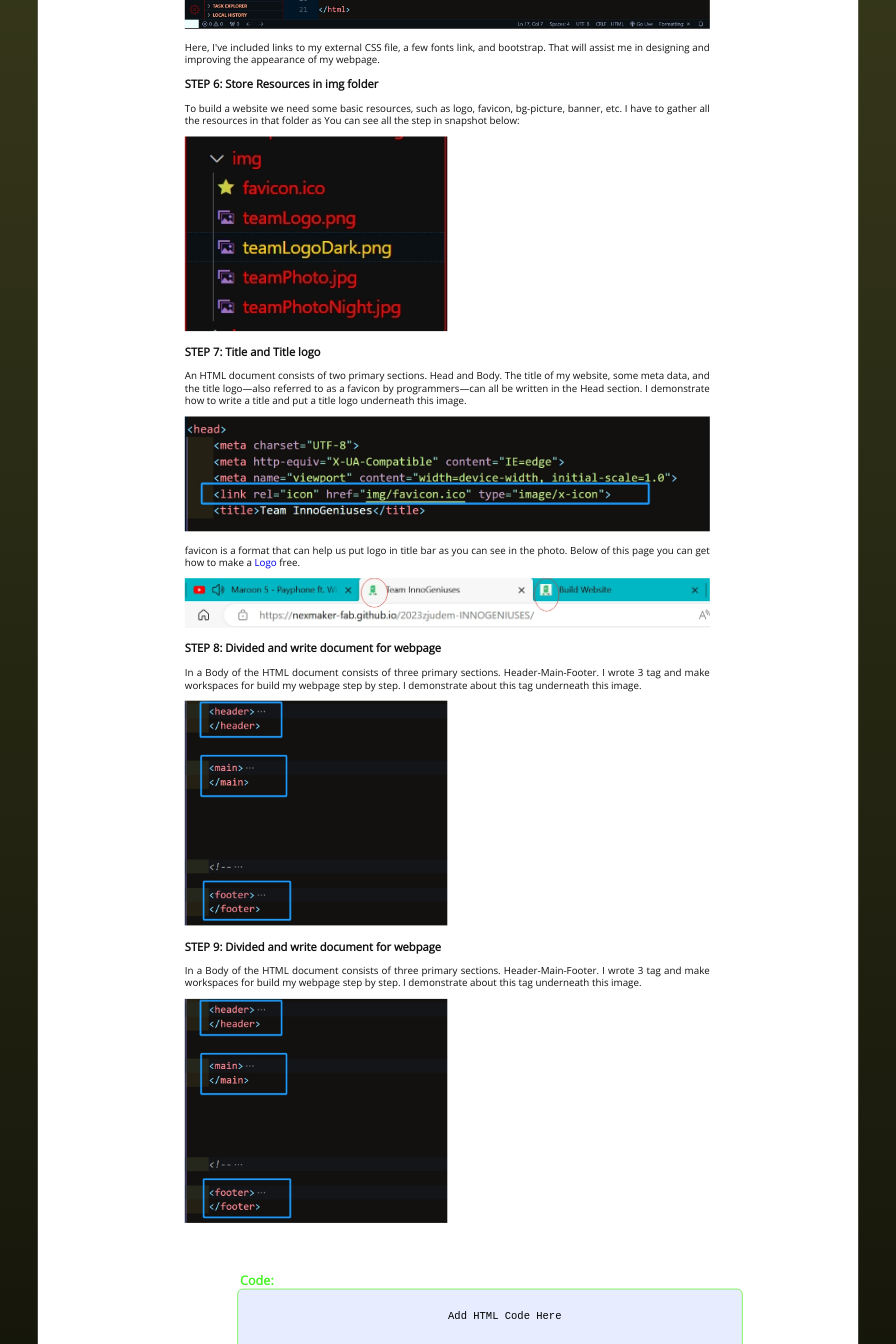
Repository: NexMaker-Fab/2023zjudem-INNOGENIUSES
Page: build web/page1.html
An editor plug-in stored every save of this project. The page is shown before and after the next save, followed by the edit.
The browser window is 1280 px wide. The pictures show the part of the page from y = 4580 to 6500 px (the page is 10565 px tall), at 70% of full size.

Above is the page before, as saved 2023-11-27 01:51:31.

After the next save:
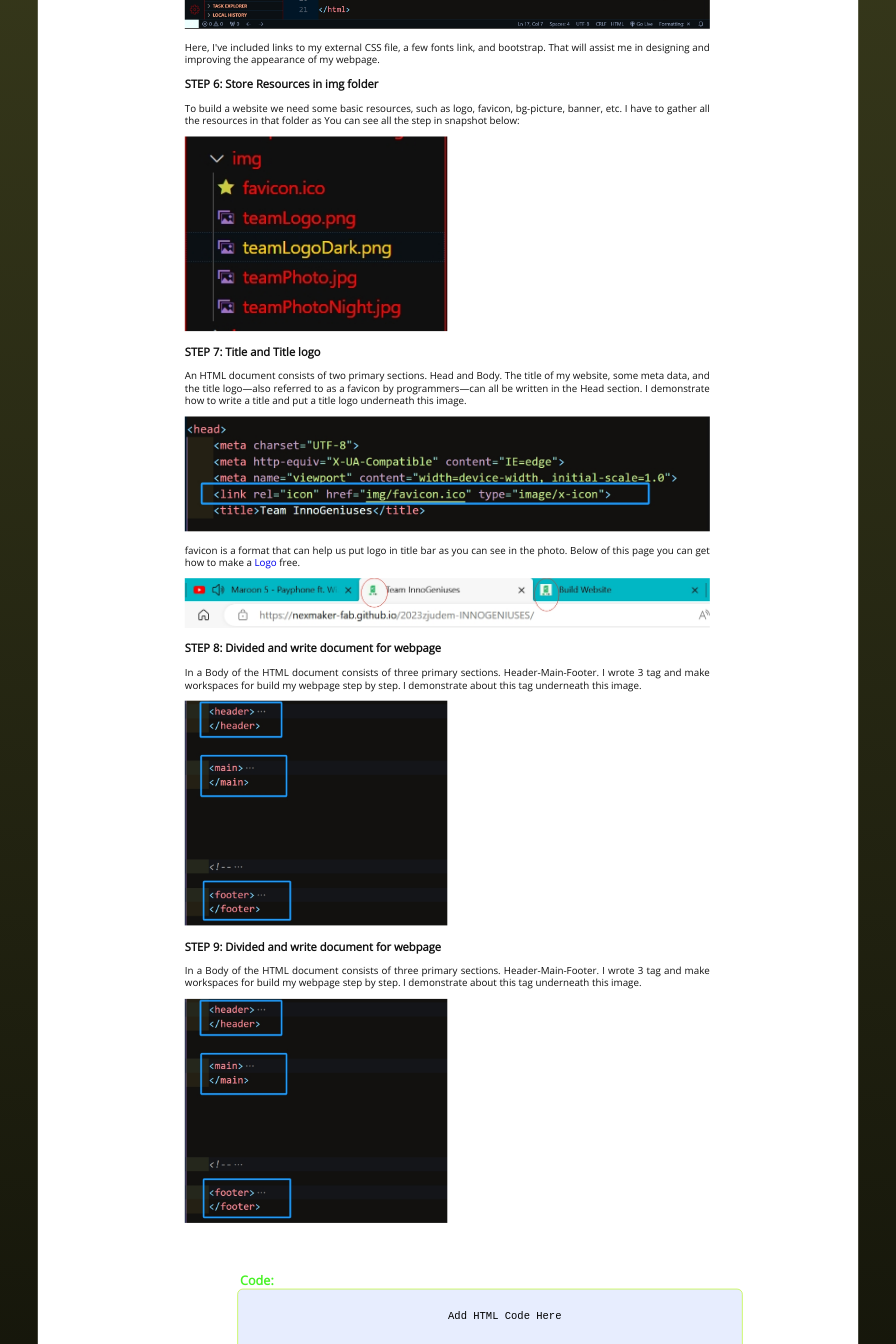
Saved 10 s later.
--- a/build web/styles.css
+++ b/build web/styles.css
@@ -461,7 +461,7 @@ ul#topnav li a:hover {
     font-size: 15px;
     font-weight: 400;
     outline: none;
-    border: 1px solid #56f226;
+    border: 1px solid #bcf732;
     border-radius: 8px;
     background: #e7edfe;
 }
